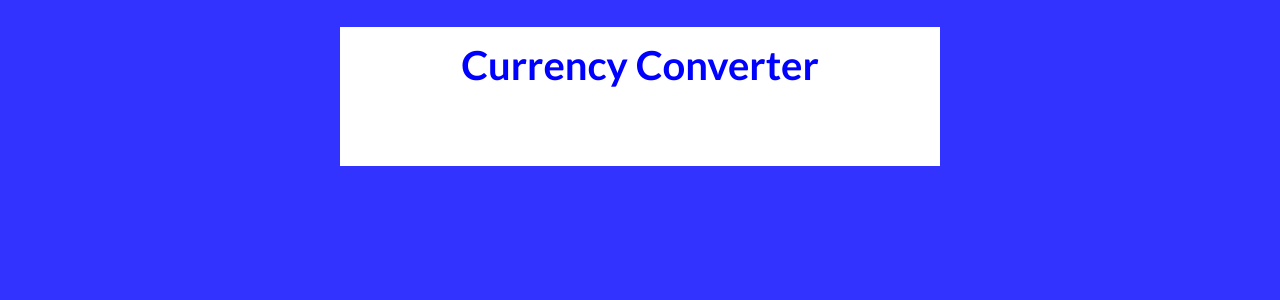
Repository: kkasperczyk/currency-converter
Page: index.html
An editor plug-in stored every save of this project. The page is shown before and after the next save, followed by the edit.
The browser window is 1280 px wide. The pictures show the whole page.

Above is the page before, as saved 2020-06-15 22:15:30.

### index.html
<!DOCTYPE html>
<html lang="en">

<head>
    <meta charset="UTF-8">
    <meta name="viewport" content="width=device-width, initial-scale=1.0">
    <link rel="stylesheet" href="https://cdnjs.cloudflare.com/ajax/libs/normalize/8.0.1/normalize.min.css"
        integrity="sha256-l85OmPOjvil/SOvVt3HnSSjzF1TUMyT9eV0c2BzEGzU=" crossorigin="anonymous" />
    <link rel="stylesheet" href="css/global.css">
    <link rel="stylesheet" href="css/container.css">
    <link rel="stylesheet" href="css/header.css">
    <link rel="stylesheet" href="css/main-content.css">
    <script defer src="js/script.js"></script>
    <link href="https://fonts.googleapis.com/css2?family=Lato:ital,wght@0,400;0,700;1,400&display=swap" rel="stylesheet">
    <title>Currency Converter</title>
</head>

<body>
    <div class="container">
        <header class="header">
            <h1 class="header__title">Currency Converter</h1>
        </header>
        <main class="mainContent">
            <form class="form">
                <p>
                    <label for=""></label>
                </p>
            </form>
        </main>
    </div>
</body>

</html>

### css/global.css
html {
  box-sizing: border-box;
}

*,
::after,
::before {
  box-sizing: inherit;
}

body {
  font-family: "Lato", sans-serif;
  background-color: hsl(240, 100%, 60%);
}

### css/container.css
.container {
    max-width: 600px;
    margin: 0 auto;
    background-color: white;
}

### css/header.css
.header {
    text-align: center;
}

.header__title {
    color: hsl(240, 100%, 50%);
    padding: 15px;
    font-size: 40px;
}

### css/main-content.css
.mainContent {
    background-color: white;
    padding: 10px;
}

### js/script.js
console.log("Hi all developers! Nice to see you here.");

After the next save:
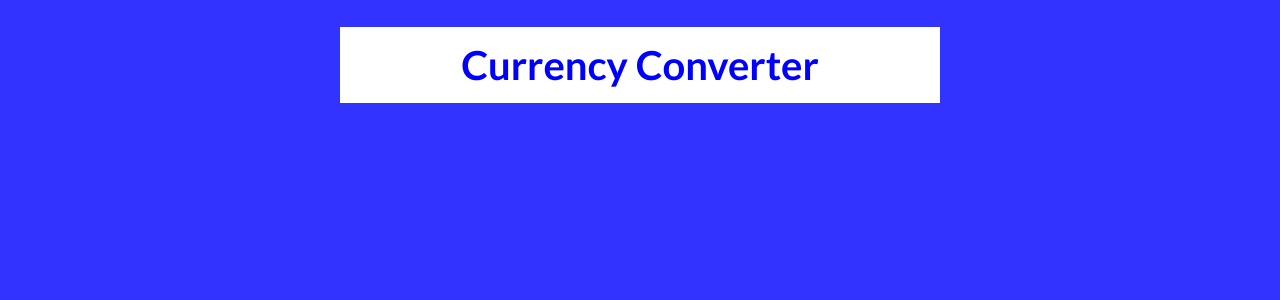
Saved 13 s later.
--- a/index.html
+++ b/index.html
@@ -20,7 +20,7 @@
         <header class="header">
             <h1 class="header__title">Currency Converter</h1>
         </header>
-        <main class="mainContent">
+        <main class="main">
             <form class="form">
                 <p>
                     <label for=""></label>

After the save that followed:
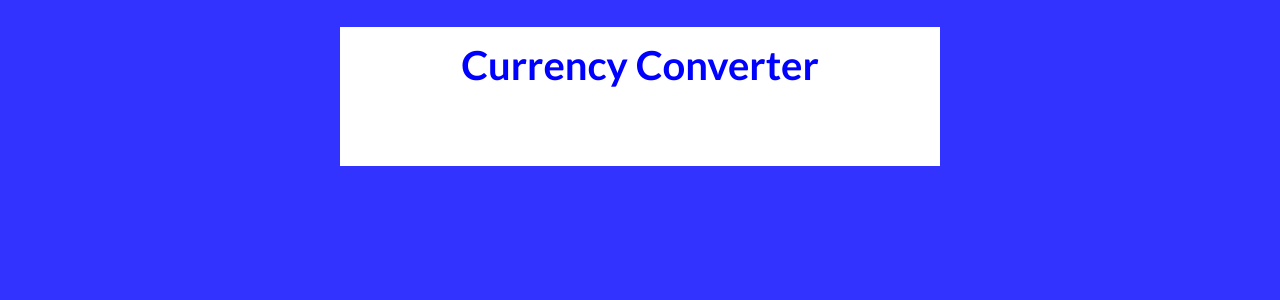
Saved 10 s later.
--- a/css/main-content.css
+++ b/css/main-content.css
@@ -1,4 +1,4 @@
-.mainContent {
+.main {
     background-color: white;
     padding: 10px;
 }
